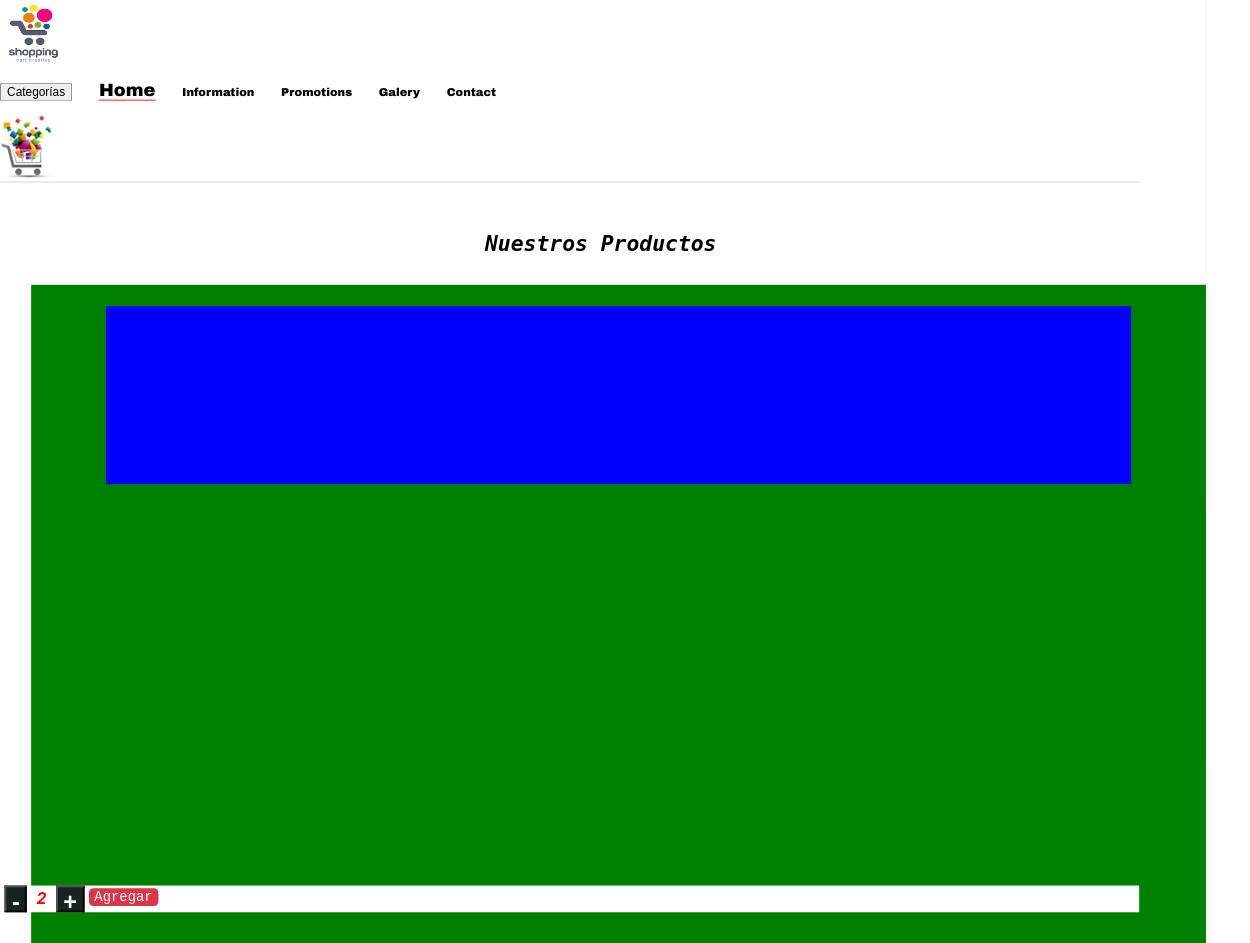
Repository: gustavomanuelquintana/CoderRepository
Page: / (app in cards-commers/)
An editor plug-in stored every save of this project. The page is shown before and after the next save, followed by the edit.
The browser window is 1280 px wide. The page is 1355 px wide, then 1405 px, so the pictures cover 1405 px, including what lies to the right of the window. The pictures show the whole page, at 89% of full size.
The project was rebuilt for these pictures with package versions that can differ from the ones it lists, and the page was loaded fresh each time.

Above is the page before, as saved 2020-10-31 14:19:11.

After the next save:
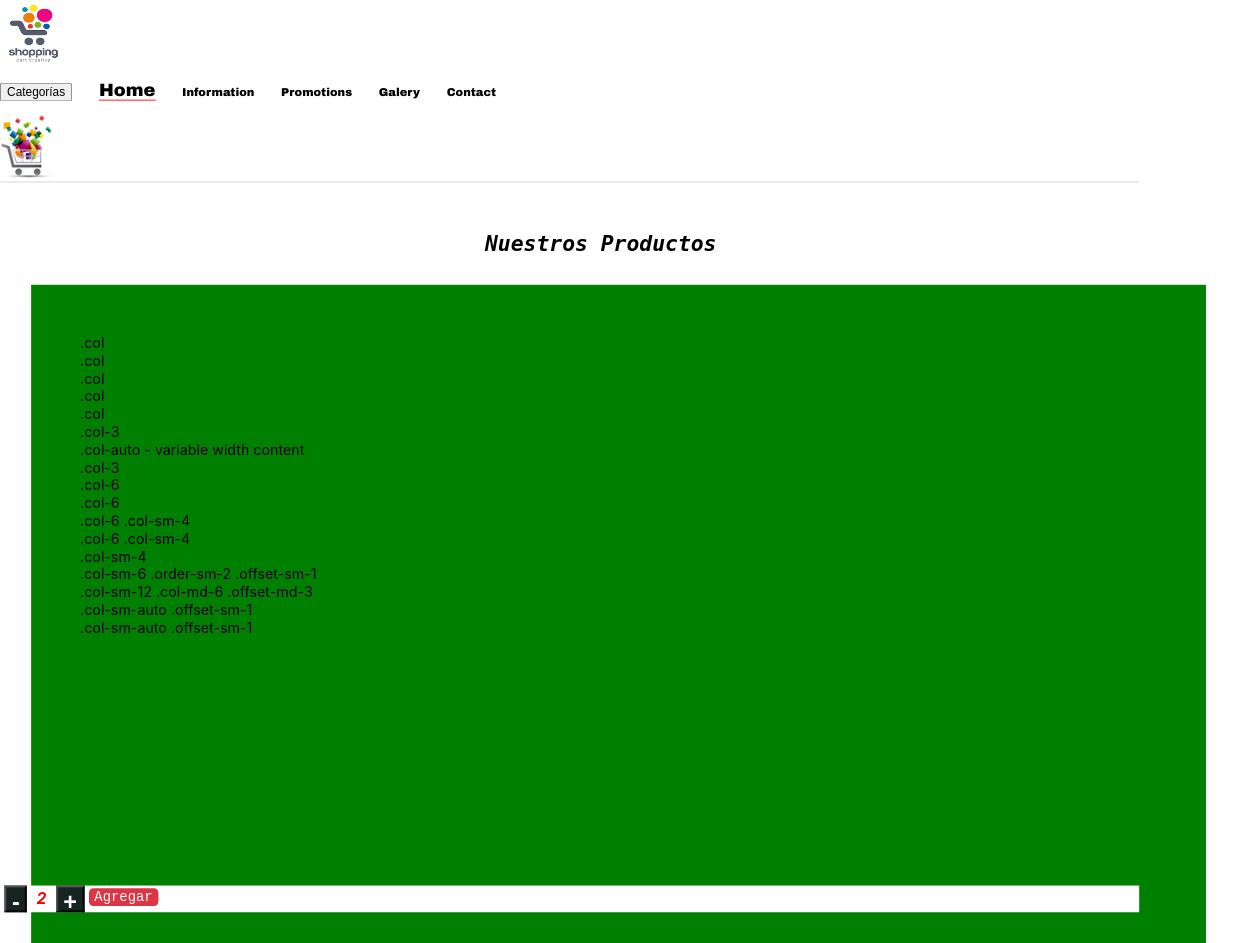
Saved 3 min 11 s later.
--- a/cards-commers/src/Components/ItemListContainer/Item/Item.js
+++ b/cards-commers/src/Components/ItemListContainer/Item/Item.js
@@ -1,15 +1,44 @@
 import React from 'react';
-import './Item.css'
+import { Container, Row, Col } from 'reactstrap';
+import './Item.css';
+
 
 function Item({listProducts}){
-    return <div className="Item">
-    {/*Image*/}
-        <div class="ItemSectionImage"></div>
-        {/*details*/}
-        <div className="ItemSectionDetails"></div>
-        {/*Cost*/}
-        <div className="ItemSectionCost"></div>
-    </div>
+    return <Container>
+    <Row>
+      <Col>.col</Col>
+    </Row>
+    <Row>
+      <Col>.col</Col>
+      <Col>.col</Col>
+      <Col>.col</Col>
+      <Col>.col</Col>
+    </Row>
+    <Row>
+      <Col xs="3">.col-3</Col>
+      <Col xs="auto">.col-auto - variable width content</Col>
+      <Col xs="3">.col-3</Col>
+    </Row>
+    <Row>
+      <Col xs="6">.col-6</Col>
+      <Col xs="6">.col-6</Col>
+    </Row>
+    <Row>
+      <Col xs="6" sm="4">.col-6 .col-sm-4</Col>
+      <Col xs="6" sm="4">.col-6 .col-sm-4</Col>
+      <Col sm="4">.col-sm-4</Col>
+    </Row>
+    <Row>
+      <Col sm={{ size: 6, order: 2, offset: 1 }}>.col-sm-6 .order-sm-2 .offset-sm-1</Col>
+    </Row>
+    <Row>
+      <Col sm="12" md={{ size: 6, offset: 3 }}>.col-sm-12 .col-md-6 .offset-md-3</Col>
+    </Row>
+    <Row>
+      <Col sm={{ size: 'auto', offset: 1 }}>.col-sm-auto .offset-sm-1</Col>
+      <Col sm={{ size: 'auto', offset: 1 }}>.col-sm-auto .offset-sm-1</Col>
+    </Row>
+  </Container>
 
 }
 
